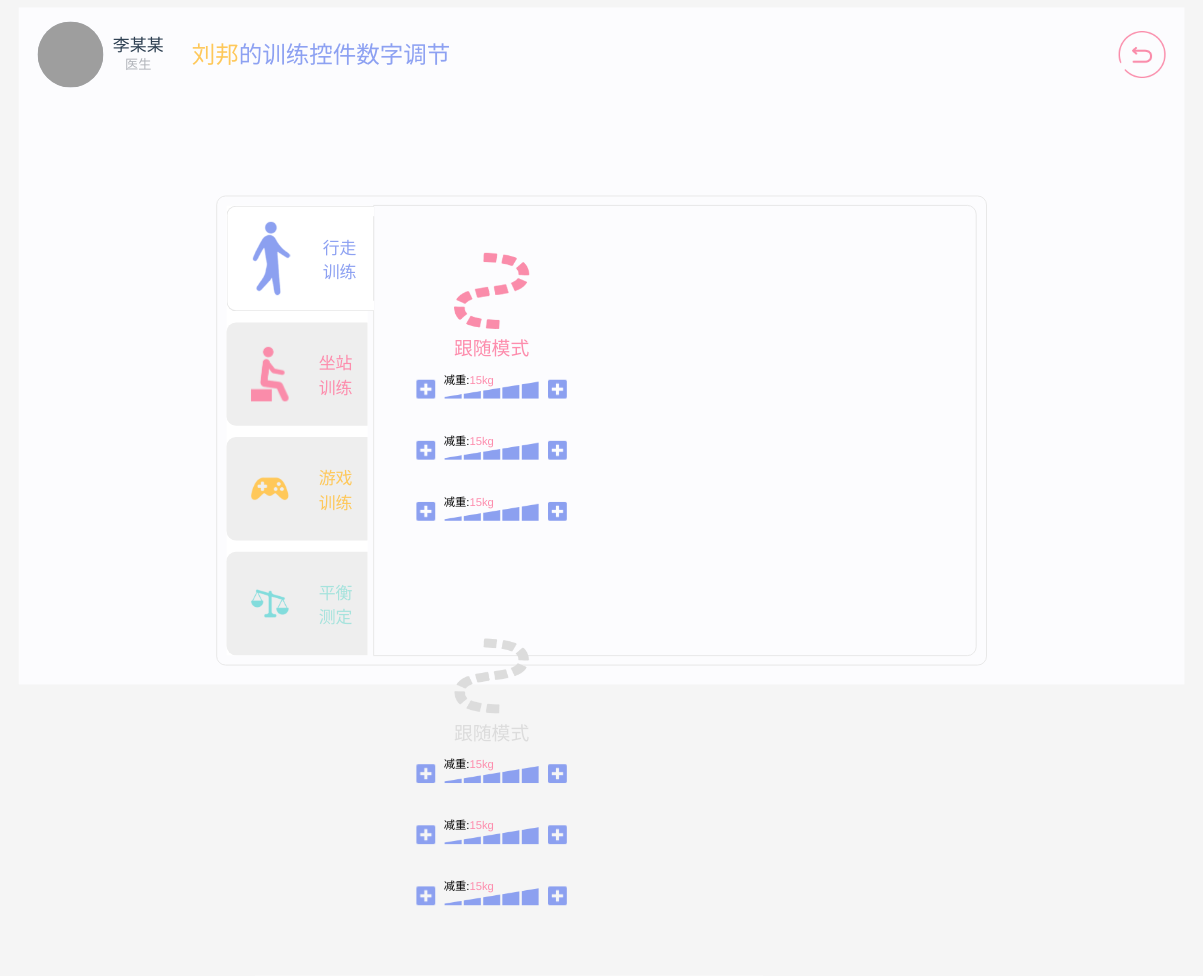
Repository: wangdanqing90/electron-vue-doctor
Page: /#/trainingAdjust
These files come from the project's save history. The page is drawn as it stood at one moment and after the next save; the edit follows.
The browser window is 1280 px wide. The pictures show the whole page, at 94% of full size.
Pictures or frames that could not be fetched are drawn as grey boxes. The project was rebuilt for these pictures with package versions that can differ from the ones it lists, and the page was loaded fresh each time. Also part of the build but not shown: vue.config.js, src/views/Home.vue, src/assets/styles/variable.scss, src/assets/styles/iconfont.css.

Above is the page before, as saved 2020-01-15 11:19:04.

After the next save:
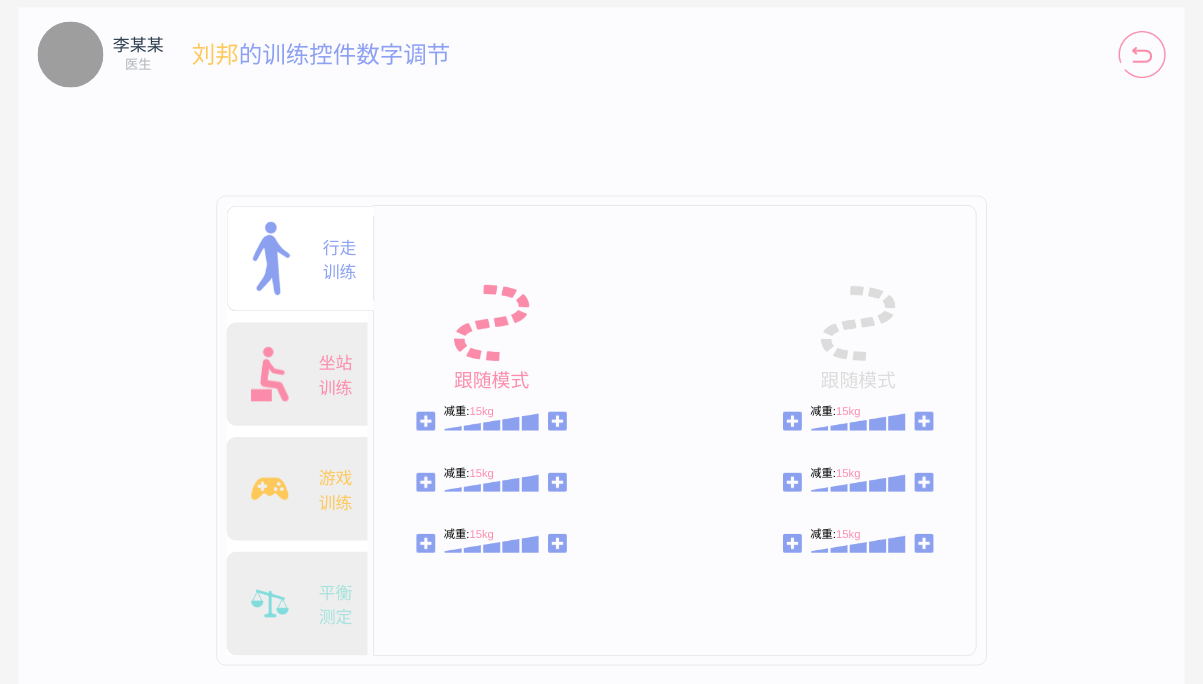
Saved 67 s later.
--- a/src/views/TrainingAdjust/TrainingAdjust.vue
+++ b/src/views/TrainingAdjust/TrainingAdjust.vue
@@ -32,7 +32,7 @@
             </div>
           </div>
         </div>
-        <div class="right">
+        <div class="right display_flex justify-content_flex-justify align-items_center">
           <div
             class="adjust-container"
             :class="activeRightClass == index ? item.colorClass:''"
